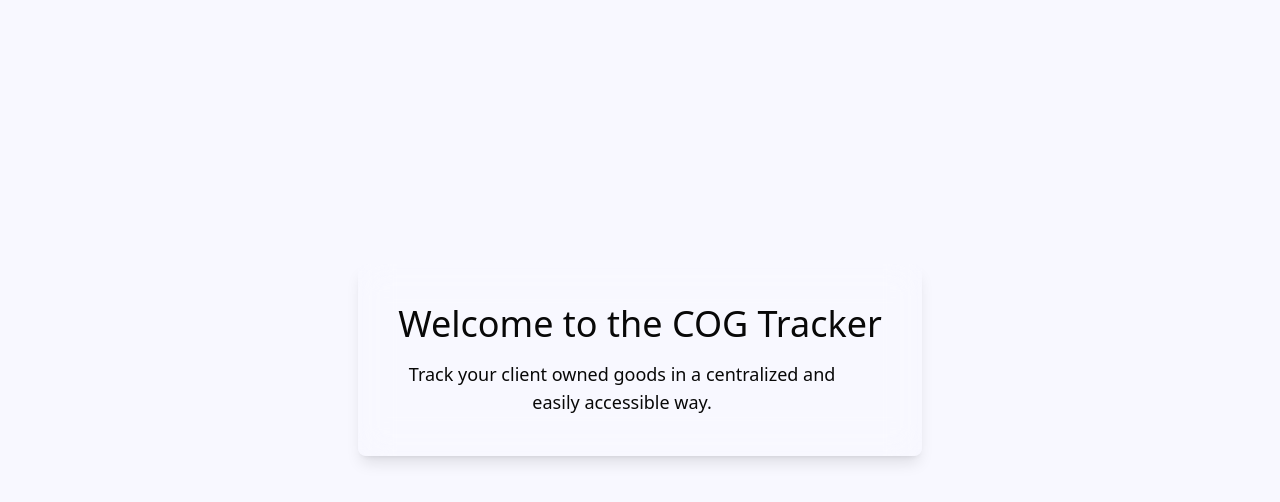
Repository: Renzo-Salosagcol/cog_tracker
Page: /
An editor plug-in stored every save of this project. The page is shown before and after the next save, followed by the edit.
The browser window is 1280 px wide. The pictures show the whole page.
The project was rebuilt for these pictures with package versions that can differ from the ones it lists, and the page was loaded fresh each time. The framework's server and built-in components were replaced by stand-ins that run in the browser. Also part of the build but not shown: next.config.ts.

Above is the page before, as saved 2025-12-17 13:41:55.

### app/layout.tsx
import type { Metadata } from "next";
import { Geist, Geist_Mono } from "next/font/google";
import "./globals.css";

const geistSans = Geist({
  variable: "--font-geist-sans",
  subsets: ["latin"],
});

const geistMono = Geist_Mono({
  variable: "--font-geist-mono",
  subsets: ["latin"],
});

export const metadata: Metadata = {
  title: "COG Tracker",
  description: "COG tracker created to track client owned goods in a centralized and easily accessible way",
};

export default function RootLayout({
  children,
}: Readonly<{
  children: React.ReactNode;
}>) {
  return (
    <html lang="en">
      <body
        className={`${geistSans.variable} ${geistMono.variable} antialiased`}
      >
        {children}
      </body>
    </html>
  );
}

### app/page.tsx
import Image from "next/image";

export default function Home() {
  return (
    <div className="root-page-element bg-background">
      <form className="glassmorphism p-10 rounded-lg shadow-lg text-center">
        <h1 className="text-4xl text-foreground">Welcome to the COG Tracker</h1>
        <p className="mt-4 text-lg text-center max-w-md">
          Track your client owned goods in a centralized and easily accessible way.
        </p>
      </form>
    </div>
  );
}

### app/globals.css
@import "tailwindcss";

@theme {
  --color-background: var(--background);
  --color-foreground: var(--foreground);

  --color-primary: var(--primary);
  --color-secondary: var(--secondary);

  --animate-fade-in: fade-in 1s ease-in forwards;
}

@layer base {
  /* Light Theme */
  :root {
    --background: #f8f8ff; /* Ghost White */
    --foreground: #080808; /* Vampire Black */

    --primary: #0A6A56; /* Bangladesh Green */
    --secondary: #A82B11; /* Rufous */
  }

  /* Dark Theme */
  .dark {
    --background: #080808; /* Vampire Black */
    --foreground: #f8f8ff; /* Ghost White */

    --primary: #0A6A56; /* Bangladesh Green */
    --secondary: #A82B11; /* Rufous */
  }

  html {
    @apply scroll-smooth;
  }

  body {
    @apply bg-background text-foreground transition-colors duration-300;
  }
}

@utility root-page-element {
  @apply min-h-screen flex flex-col items-center justify-center;
}

@utility glassmorphism {
  @apply bg-background/10 backdrop-blur-lg
}

After the next save:
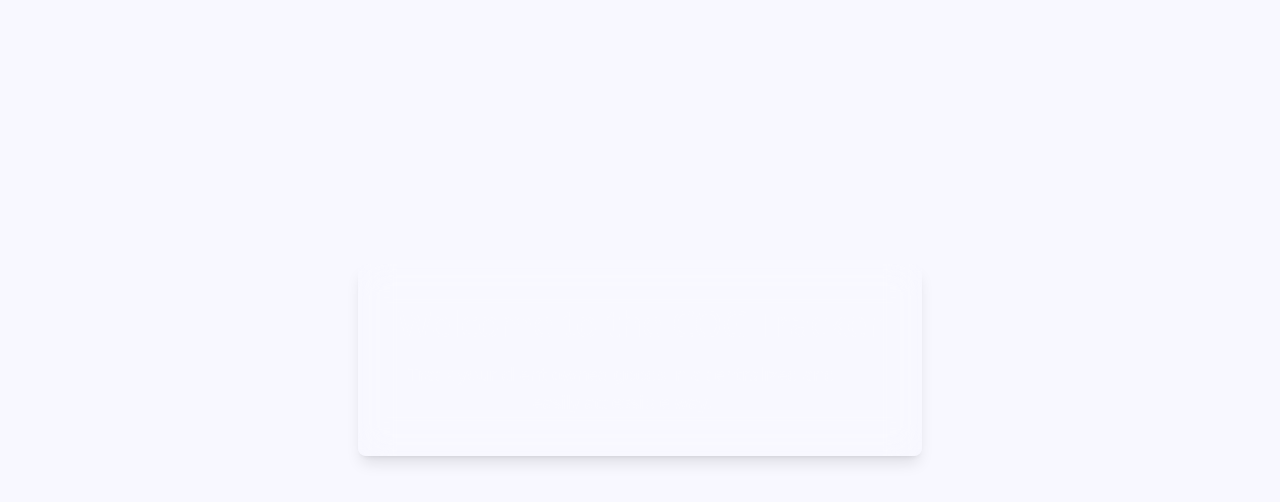
Saved 2 min 51 s later.
--- a/app/globals.css
+++ b/app/globals.css
@@ -14,7 +14,9 @@
   /* Light Theme */
   :root {
     --background: #f8f8ff; /* Ghost White */
-    --foreground: #080808; /* Vampire Black */
+    --foreground: #080808; Vampire Black
+    --background: #080808; /* Vampire Black */
+    --foreground: #f8f8ff; /* Ghost White */
 
     --primary: #0A6A56; /* Bangladesh Green */
     --secondary: #A82B11; /* Rufous */
